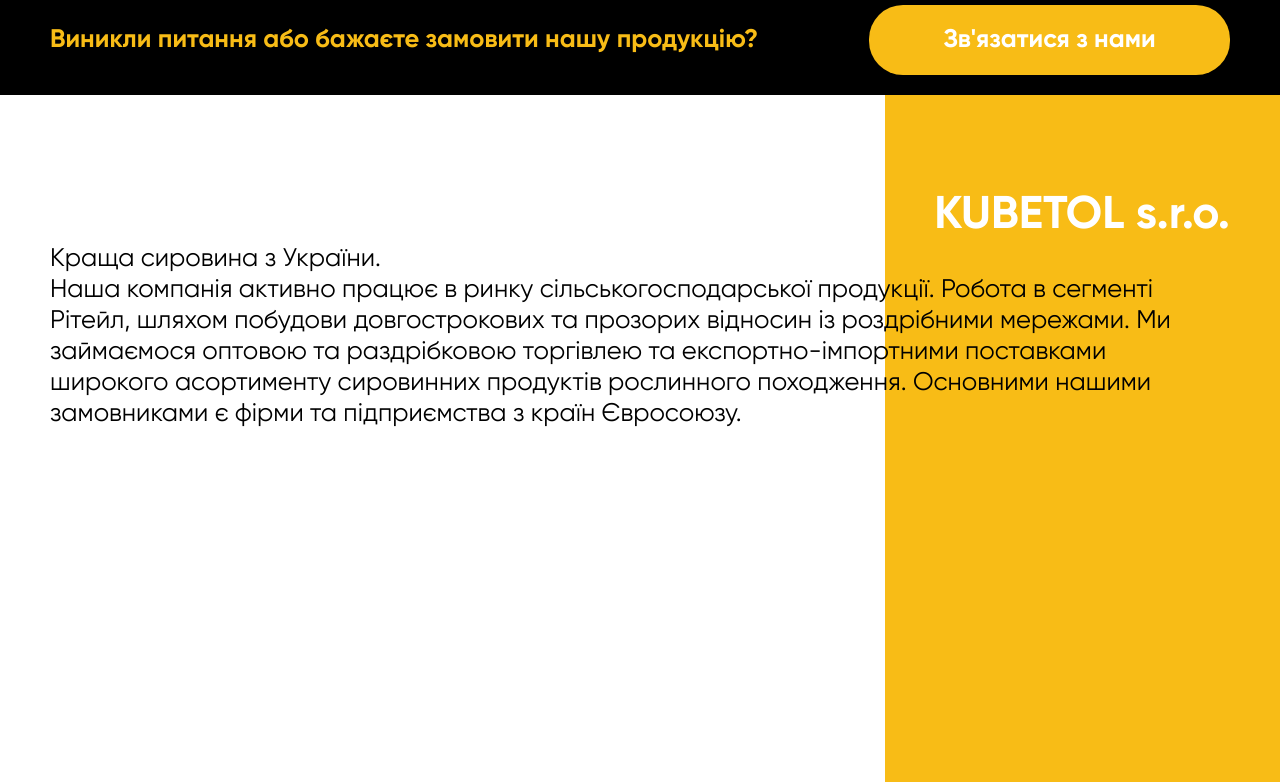
Repository: fanbear/Kubetol
Page: index.html
An editor plug-in stored every save of this project. The page is shown before and after the next save, followed by the edit.
The browser window is 1280 px wide. The pictures show the part of the page from y = 1198 to 1980 px (the page is 1980 px tall).

Above is the page before, as saved 2023-04-06 20:11:12.

### index.html
<!DOCTYPE html>
<html lang="en">

<head>
    <meta charset="UTF-8">
    <meta http-equiv="X-UA-Compatible" content="IE=edge">
    <meta name="viewport" content="width=device-width, initial-scale=1.0">
    <title>Document</title>
    <link rel="stylesheet" href="">
    <link rel="stylesheet" href="css/critical.css">
</head>

<body>
    <header class="header">
        <div class="flex-container flex-bettwen flex-ac">
            <div class="header-language flex">
                <div class="language-active">Ua</div>
                <ul class="language-list">
                    <li><a href="/">Pl</a></li>
                    <li><a href="/">Cz</a></li>
                    <li><a href="/">En</a></li>
                </ul>
                <div class="header-list__open no-transform"></div>
            </div>
            <div class="header-title">KUBETOL s.r.o. - Сировина з України</div>
            <div class="header-logotype flex flex-center"><a href="/"><img src="img/logotype.webp" alt="KUBETOL"
                        width="223" height="78"></a></div>
            <div class="header-email"><a href="mailto:kubetol@seznam.cz">kubetol@seznam.cz</a></div>
            <div class="header-action flex flex-bettwen">
                <div class="header-search flex flex-ac">
                    <img src="./img/search.webp" alt="KUBETOL search" width="30" height="30">
                </div>
                <div class="header-phone flex flex-ac">
                    <img src="/img/phone.webp" alt="KUBETOL Phone" width="30" height="30">
                </div>
                <div class="header-menu flex flex-ac flex-center">
                    <span></span>
                    <span></span>
                    <span></span>
                </div>
                <div class="header-menu__list flex">
                    <ul>
                        <li><a href="/">Головна</a></li>
                        <li><a href="/">Про нас</a></li>
                        <li><a href="/">Продукція</a></li>
                        <li><a href="/">Контакти</a></li>
                        <li><a href="/">Новини</a></li>
                    </ul>
                </div>
            </div>
        </div>
    </header>
    <main>
        <section class="slider-video__wrapper">
            <div class="owl-carousel main-video__sldier">
                <div class="slider-item">
                    <video muted loop id="slider-video" data-preload="./video/video.mp4" poster="./img/video-fon.webp">
                        <source src="" type="video/mp4">
                    </video>
                    <div class="slider-caption">
                        <div class="flex-container video-item">
                            <div class="video-wrapper__title">Українcька Якість</div>
                            <div class="video-wrapper__subtitle">
                                Ми є провідним постачальником сировини з України із мережею Европейського рівня,
                                технологіями та послугами, які потрібні
                                нашим клієнтам.
                            </div>
                            <div class="video-wrapper__button flex flex-ac flex-center btn-h-yellow"><a
                                    href="/">Детальніше</a></div>
                        </div>
                        <div class="slider-video__text">
                            <div class="slider-video__text-big">Přírozenos</div>
                            <div class="slider-video__text_small">pro potěšení</div>
                        </div>
                    </div>
                    <div class="video-slide__yellow-figure">
                        <img src="img/video-slider-flower.webp" alt="" width="529" height="529">
                    </div>
                    <div class="video-slider__overlay"></div>
                </div>
                <div class="slider-item">
                    <img src="./img/video-img-1.webp" alt="">
                    <div class="slider-caption">
                        <div class="flex-container video-item">
                            <div class="video-wrapper__title">Українcька Земля</div>
                            <div class="video-wrapper__subtitle">
                                Ми є провідним постачальником сировини з України із мережею Европейського рівня,
                                технологіями та послугами, які потрібні
                                нашим клієнтам.
                            </div>
                            <div class="video-wrapper__button flex flex-ac flex-center btn-h-yellow"><a
                                    href="/">Детальніше</a></div>
                        </div>
                        <div class="slider-video__text">
                            <div class="slider-video__text-big">Справжьнє</div>
                            <div class="slider-video__text_small">Сонячне жито</div>
                        </div>
                    </div>
                    <div class="video-slide__yellow-figure">
                        <img src="img/video-slider-flower.webp" alt="" width="529" height="529">
                    </div>
                    <div class="video-slider__overlay"></div>
                </div>
                <div class="slider-item">
                    <img src="./img/video-img-2.webp" alt="">
                    <div class="slider-caption">
                        <div class="flex-container video-item">
                            <div class="video-wrapper__title">Українcьке Небо</div>
                            <div class="video-wrapper__subtitle">
                                Ми є провідним постачальником сировини з України із мережею Европейського рівня,
                                технологіями та послугами, які потрібні
                                нашим клієнтам.
                            </div>
                            <div class="video-wrapper__button flex flex-ac flex-center btn-h-yellow"><a
                                    href="/">Детальніше</a></div>
                        </div>
                        <div class="slider-video__text">
                            <div class="slider-video__text-big">Блакитне</div>
                            <div class="slider-video__text_small">Без Хмарне</div>
                        </div>
                    </div>
                    <div class="video-slide__yellow-figure">
                        <img src="img/video-slider-flower.webp" alt="" width="529" height="529">
                    </div>
                    <div class="video-slider__overlay"></div>
                </div>
            </div>
        </section>
        <section class="dark-line">
            <div class="flex-container flex-bettwen flex-ac">
                <div class="dark-line__text">Виникли питання або бажаєте замовити нашу продукцію?</div>
                <div class="dark-line__button flex flex-center flex-ac">
                    <span>Зв'язатися з нами</span>
                </div>
            </div>
        </section>
        <section class="kubetol-digits">
            <div class="flex-container flex-bettwen">
                <div class="kubetol-digits__title">KUBETOL s.r.o.</div>

                <div class="kubetol-digits__text">
                    Краща сировина з України.<br>
                    Наша компанія активно працює в ринку сільськогосподарської продукції. Робота в сегменті Рітейл,
                    шляхом побудови
                    довгострокових та прозорих відносин із роздрібними мережами.
                    Ми займаємося оптовою та раздрібковою торгівлею та експортно-імпортними поставками широкого
                    асортименту сировинних
                    продуктів рослинного походження.
                    Основними нашими замовниками є фірми та підприємства з країн Євросоюзу.
                </div>
            </div>
            <div class="kubetol-digits__figure flex"></div>
        </section>
    </main>
    <footer>
        <link rel="stylesheet" type="text/css"
            href="https://cdnjs.cloudflare.com/ajax/libs/OwlCarousel2/2.3.4/assets/owl.carousel.min.css">
        <link rel="stylesheet" type="text/css"
            href="https://cdnjs.cloudflare.com/ajax/libs/OwlCarousel2/2.3.4/assets/owl.theme.default.min.css">
        <link rel="stylesheet" href="css/main.css">
        <script src="https://code.jquery.com/jquery-3.6.0.min.js"></script>
        <script src="https://cdnjs.cloudflare.com/ajax/libs/OwlCarousel2/2.3.4/owl.carousel.min.js"></script>
        <script src="js/main.js"></script>
    </footer>
</body>

</html>


<!--
    Шапка сайту:
        Мови -
        Меню -
     ---------------------------- 4г
    Відео слайдер --------------- 4г
    Темна лінія з кнопкой -




-->

### css/critical.css
@import url('variables.css');
@import url('animation.css');
@import url('fonts.css');



/* Setting ---------------------------------------------
--------------------------------------------------------
-------------------------------------------------------- */

html, body {
    margin: 0;
    padding: 0;
    font-family: "Gilroy";
}

/* Base container */
.flex-container {
    display: flex;
    flex-wrap: wrap;
    max-width: var(--width);
    min-width: var(--width);
    margin: 0 auto;
    padding: 0 10px;
    height: 100%;
    position: relative;
}

.flex {
    display: flex;
}

.flex-center {
    justify-content: center;
}

.flex-bettwen {
    justify-content: space-between;
}

.flex-evenly {
    justify-content: space-evenly;
}

.flex-around {
    justify-content: space-around;
}

.flex-ac {
    align-items: center;
}

.no-transform {
    transform: rotate(0);
    transition: 0;
}

.btn-h-yellow:hover {
    background-color: var(--yellow-color);
    cursor: pointer;
    transition: 0.4s;
}

.btn-h-yellow a:hover {
    color: var(--dark-color);
    transition: 0.4s;
}

body {
    font-size: var(--font-25);
    color: var(--dark-color);
}

a {
    font-size: var(--font-25);
    color: var(--dark-color);
    text-decoration: none;
    transition: 0.4s;
}

a:hover {
    transition: 0.4s;
}

.slider-item {
    max-height: 1080px;
    margin: -15px 0;
}

/* -------------------------------------------------------------------------
----------------------------------------------------------------------------
---------------------------------------------------------------------------- */

/* Header section ---------------------------
---------------------------------------------
--------------------------------------------- */
header {
    height: 133px;
    background-color: #ffffff;
}

/* Language ----- */
.header-language {
    position: relative;
}

.language-list {
    list-style: none;
    margin: 0;
    padding: 0;
    position: absolute;
    background-color: var(--dark-color);
    padding: 14px 20px;
    border-radius: 30px;
    position: absolute;
    top: 30px;
    transform: scale(0);
    opacity: 0;
    z-index: -1;
}

.language-list a {
    color: var(--white-color);
}

.language-list a:hover {
    color: var(--yellow-color);
}

.language-active {
    color: var(--yellow-color);
    font-weight: bold;
}

.header-list__open {
    width: 25px;
    height: 25px;
    display: flex;
    justify-content: center;
    align-items: center;
    position: relative;
    cursor: pointer;
    transition: 0.2s;
    transform-origin: center center;
}

.header-list__open::before,
.header-list__open::after {
    width: 12px;
    height: 2px;
    background-color: var(--yellow-color);
    content: '';
    display: block;
    position: absolute;
    bottom: 6px;
    transition: 0.2s;
    transform-origin: center center;
}

.header-list__open::before {
    transform: rotate(45deg);
    left: 3px;
}

.header-list__open::after {
    transform: rotate(-45deg);
    right: 3px;

}

.header-list__open:hover::before,
.header-list__open:hover::after {
    background-color: var(--dark-color);
    transition: 0.4s;
}

.header-list__open-transform {
    transform: rotate(180deg);
    transform-origin: center center;
    bottom: -10px;
}

.language-list-opened {
    transform: scale(1);
    z-index: 9999;
    opacity: 1;
    animation: var(--animation-language);
}

/* Header logotype --- */
.header-logotype {
    margin-top: -22px;
    margin: 0 5%;
}

/* Header title --- */
.header-title {
    font-size: var(--font-16);
    font-weight: bold;
}


/* Header search, phone, menu  ---- */

.header-action div:nth-child(1),
.header-action div:nth-child(2) {
    margin-right: 15px;
}

.header-menu {
    position: relative;
    min-width: 40px;
    cursor: pointer;
    transition: 0.4s;
}

.header-menu span {
    width: 12px;
    height: 12px;
    background-color: var(--yellow-color);
    border-radius: 50%;
}

.header-menu span:nth-child(2) {
    display: flex;
    margin: 0 2px;
}

.header-menu:hover span:nth-child(2) {
    margin-bottom: -10px;
    background-color: var(--dark-color);
    transition: 0.4s;
}

.header-menu__list {
    position: absolute;
    background-color: var(--dark-color);
    border: 30px;
    padding-top: 35px;
    padding-right: 16px;
    min-width: 200px;
    justify-content: flex-end;
    border-radius: 30px;
    top: 95px;
    right: 0;
    transform: scale(0);
    opacity: 0;
    z-index: -1;
    transition: 0.6s;
    min-height: 200px;
    min-width: 220px;
    height: auto;
}

.header-menu__list ul {
    padding: 0;
    margin: 0;
    list-style: none;
    text-align: right;
}

.header-menu__list ul li a {
    color: var(--white-color);
    transition: 0.2s;
}

.header-menu__list ul li a:hover {
    color: var(--yellow-color);
    font-weight: 600;
    transition: 0.2s;
}

.header-menu__active {
    transform: scale(1);
    opacity: 1;
    z-index: 9999;
    transition: 0.6s;
}

.header-menu__no-active {
    z-index: -1;
    transform: scale(0);
    transition: 0.6s;
}

### css/variables.css
:root {
    /* Color variables */
    --dark-color: #000000;
    --white-color: #ffffff;
    --yellow-color: #f8bc16;
    --grey-color: #9d9d9d;
    --dark-grey-color: #3a3a3a;
    /* Literal Fonts */
    --font-16: 16.7px;
    --font-25: 25.5px;
    --font-33: 33.3px;
    --font-43: 45.83px;
    --font-100: 100.1px;

    /* Container width */
    --width: 1180px;
}

### css/animation.css
:root {
    --animation-language: language-animation 0.6s ease-in;
}



/* Language - animation */
@keyframes language-animation {
    0% {
        transform: scale(0);
        opacity: 0;
        z-index: -1;
    }

    50% {
        transform: scale(0.5);
        opacity: 0.5;
        z-index: 9999;
    }

    50% {
        transform: scale(1);
        opacity: 1;
        z-index: 9999;
    }

}

### css/fonts.css
@font-face {
    font-family: 'Gilroy';
    src: url('../fonts/Gilroy-UltraLight.ttf') format('opentype');
    font-weight: 200;
    font-style: normal;
}

@font-face {
    font-family: 'Gilroy';
    src: url('../fonts/Gilroy-ThinItalic.ttf') format('opentype');
    font-weight: 300;
    font-style: normal;
}

@font-face {
    font-family: 'Gilroy';
    src: url('../fonts/Gilroy-Regular.ttf') format('opentype');
    font-weight: normal;
    font-style: normal;
}

@font-face {
    font-family: 'Gilroy';
    src: url('../fonts/Gilroy-Medium.ttf') format('opentype');
    font-weight: 500;
    font-style: normal;
}

@font-face {
    font-family: 'Gilroy';
    src: url('../fonts/Gilroy-SemiBold.ttf') format('opentype');
    font-weight: 600;
    font-style: normal;
}

@font-face {
    font-family: 'Gilroy';
    src: url('../fonts/Gilroy-Bold.ttf') format('opentype');
    font-weight: bold;
    font-style: normal;
}

@font-face {
    font-family: 'Gilroy';
    src: url('../fonts/Gilroy-ExtraBold.ttf') format('opentype');
    font-weight: 800;
    font-style: normal;
}

@font-face {
    font-family: 'Gilroy';
    src: url('../fonts/Gilroy-Black.ttf') format('opentype');
    font-weight: 900;
    font-style: normal;
}

### css/main.css
@import url('variables.css');
@import url('animation.css');


/* Main page slider */


.slider-item img {
    display: block;
    width: 100%;
    height: auto;
}

.slider-video__wrapper {
    position: relative;
}

.slider-video__wrapper video {
    width: 100%;
    min-height: 1080px;
}

.video-item {
    flex-direction: column;
}

.video-slider__overlay {
    position: absolute;
    top: 0;
    left: 0;
    bottom: 0;
    right: 0;
    margin: 0 auto;
    background-color: rgb(170, 170, 170, 0.3);
    z-index: 1;
}

.slider-caption {
    position: absolute;
    top: 0;
    z-index: 10;
    display: flex;
    width: 100%;
}

.video-wrapper__title {
    font-size: var(--font-100);
    font-weight: 900;
    color: var(--white-color);
    max-width: 50%;
    margin-top: 169px;
    text-transform: uppercase;
}

.video-wrapper__subtitle {
    margin-top: 33px;
    color: var(--white-color);
    max-width: 50%;
    overflow-y: hidden;
    max-height: 180px;
    height: 180px;

}

.video-wrapper__button {
    width: 361px;
    height: 62px;
    border-radius: 30px;
    background-color: var(--dark-color);
    box-sizing: border-box;
    border: 1px solid transparent;
}

.video-wrapper__button:hover {
    border: 1px solid var(--dark-color);
}

.video-wrapper__button a {
    color: white;
    text-transform: uppercase;
    font-weight: 600;
    margin-bottom: -4px;

}

.video-slide__yellow-figure {
    display: flex;
    position: absolute;
    background-color: rgb(250, 188, 21, 0.95);
    width: 40%;
    min-height: 569px;
    max-height: 569px;
    top: 103px;
    border-radius: 0 270px 270px 0;
    z-index: 2;
    justify-content: flex-end;
    align-items: center;
    padding-right: 25px;
}

.video-slide__yellow-figure img {
    width: 529px !important;
    height: 529px;
}

.slider-video__text {
    position: absolute;
    bottom: -213px;
    left: calc((100% - var(--width)) / 4);
    z-index: -1;
}

.slider-video__text-big {
    font-size: 170px;
    font-weight: 400;
    text-transform: uppercase;
    color: var(--yellow-color);
    line-height: 1;
    text-shadow: 0 0.1px 0px rgb(105, 105, 105);
}

.slider-video__text_small {
    font-size: var(--font-43);
    color: var(--white-color);
    opacity: 0.6;
}

.slider-video__wrapper .owl-dots {
    position: absolute;
    top: 50%;
    right: calc((100% - var(--width)) / 2);
}

.slider-video__wrapper .owl-dots button {
    background-color: var(--yellow-color);
    width: 18px;
    height: 18px;
    border-radius: 50%;
    margin: 0 3px;
}

.slider-video__wrapper .owl-dots .active {
    background-color: transparent;
    border: 2px solid var(--yellow-color);
}

/* Dark line whit button */
.dark-line {
    background-color: var(--dark-color);
    height: 110px;
}

.dark-line__text {
    color: var(--yellow-color);
    font-weight: bold;
}

.dark-line__button {
    background-color: var(--yellow-color);
    color: var(--white-color);
    width: 361px;
    height: 70px;
    border-radius: 34px;
    font-weight: bold;
    cursor: pointer;
    border: 2px solid transparent;
    box-sizing: border-box;
    transition: 0.4s;
}

.dark-line__button:hover {
    background-color: transparent;
    border: 2px solid var(--yellow-color);
    color: var(--yellow-color);
    transition: 0.4s;
}


/* Kubetol digits */
.kubetol-digits {
    position: relative;
}

.kubetol-digits__title {
    margin-left: auto;
    font-size: var(--font-43);
    color: white;
    margin-top: 93px;
    font-weight: bold;
}

.kubetol-digits__figure {
    height: 687px;
    background-color: var(--yellow-color);
    min-width: 345px;
    width: calc((100% - var(--width)) / 2 + 345px);
    position: absolute;
    z-index: -1;
    right: 0;
    top: 0;
}

### js/main.js
document.addEventListener('DOMContentLoaded', () => {

    // Language list open ------------------------
    // -------------------------------------------
    // -------------------------------------------
    const langList = document.querySelector('.language-list');
    const langBtn = document.querySelector('.header-list__open');

    langBtn.addEventListener('click', () => {

        if (langBtn.classList.contains('no-transform')) {
            langBtn.classList.add('header-list__open-transform');
            langBtn.classList.remove('no-transform');
        } else {
            langBtn.classList.remove('header-list__open-transform');
            langBtn.classList.add('no-transform');
        }
        langList.classList.toggle('language-list-opened');

    })


    // Header Menu -----------------------
    // -----------------------------------
    // -----------------------------------

    const headeMenuBtn = document.querySelector('.header-menu');
    const headerMenuList = document.querySelector('.header-menu__list');

    headeMenuBtn.addEventListener('click', () => {

        if (!headerMenuList.classList.contains('header-menu__active')) {
            headerMenuList.classList.add('header-menu__active');
            headerMenuList.classList.remove('header-menu__no-active');
        } else {
            headerMenuList.classList.add('header-menu__no-active');
            headerMenuList.classList.remove('header-menu__active');
        }
    })

    //Video fon main page ---------------
    // ----------------------------------
    // ----------------------------------

    const video = document.querySelector('.slider-item video');
    const videoData = video.getAttribute('data-preload')

    if (video) {
        video.querySelector('source').setAttribute('src', videoData);
        setTimeout(() => {
            video.play();
        }, 3000)

    }
})

$(document).ready(function () {
    $(".main-video__sldier").owlCarousel({
        items: 1,
        loop: false,
        dots: true,
        autoplay: false,
        autoplayTimeout: 5000,
        autoplayHoverPause: true
    });
});

After the next save:
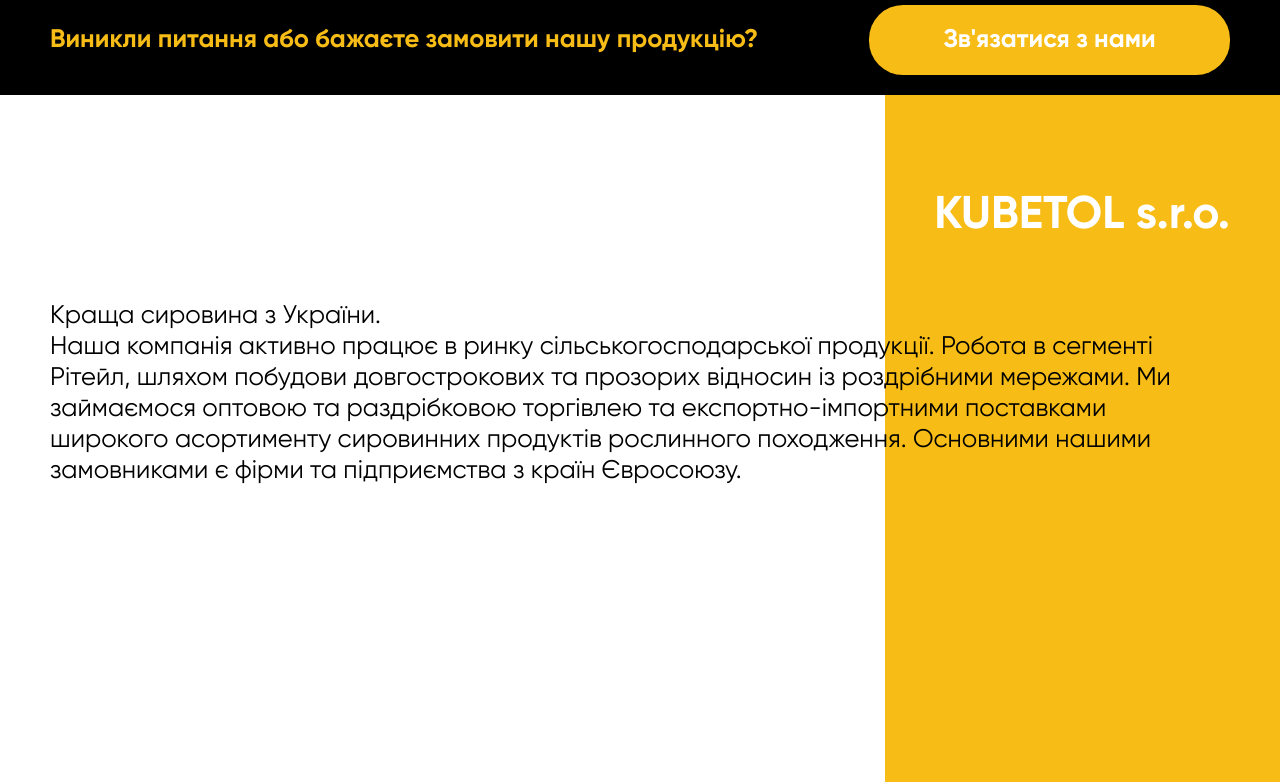
Saved 32 s later.
--- a/css/main.css
+++ b/css/main.css
@@ -199,3 +199,7 @@
     right: 0;
     top: 0;
 }
+
+.kubetol-digits__text {
+    margin-top: 57px;
+}
